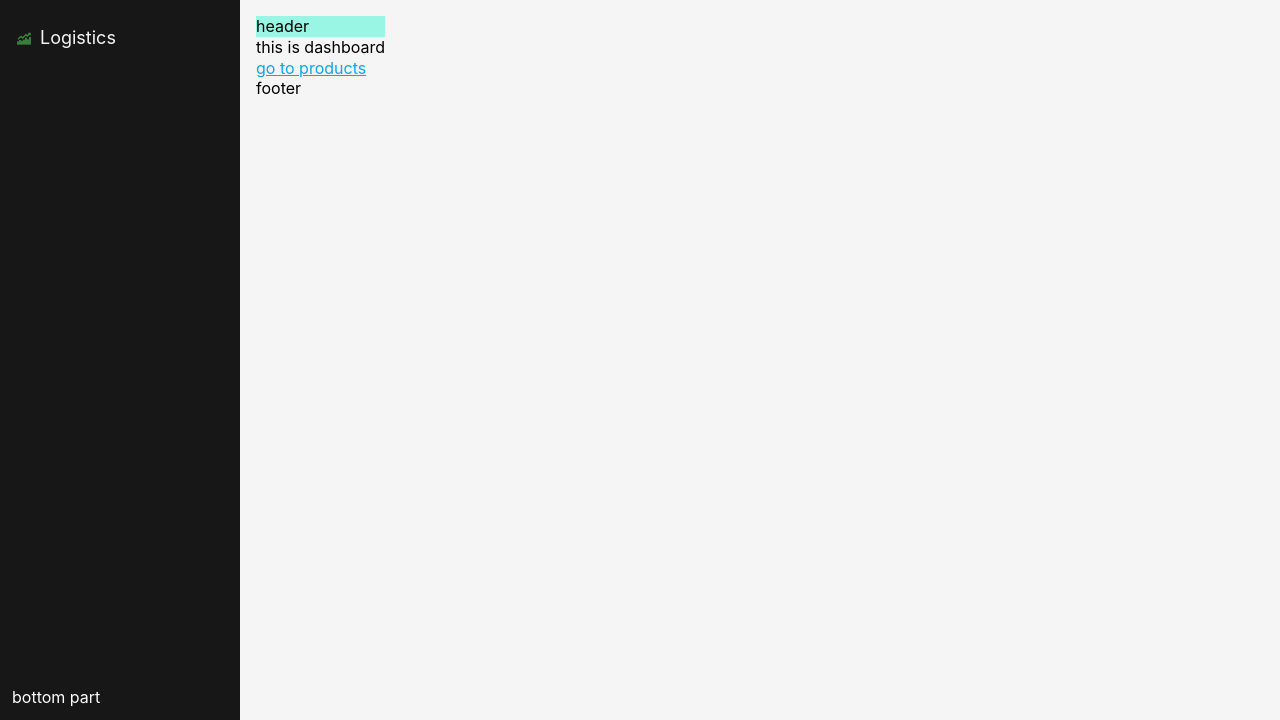
Repository: Mayar2222/Dashboard
Page: /
These files come from the project's save history. The page is drawn as it stood at one moment and after the next save; the edit follows.
The browser window is 1280 px wide. The pictures show the whole page.
The project was rebuilt for these pictures with package versions that can differ from the ones it lists, and the page was loaded fresh each time. Also part of the build but not shown: src/components/Products.jsx.

Above is the page before, as saved 2024-07-17 21:59:41.

### src/App.jsx
import { Route, BrowserRouter as Router, Routes } from "react-router-dom";
import Dashboard from "./components/Dashboard";
import Products from "./components/Products";
import Layout from "./components/shared/Layout";

function App() {
  return (
      <Router>
      <Routes>
        <Route path="/"  element={<Layout/>}>
          <Route index  element={<Dashboard/>}/>
          <Route path="products"  element={<Products/>}/>
          <Route path="login"  element={<div>this login page</div>}/>

        </Route>
      </Routes>
      </Router>
  );
}

export default App;

### src/index.css
@import url('https://fonts.googleapis.com/css2? family=Poppins:wght@400; 600;700&display=swap');


@tailwind base;
@tailwind components;
@tailwind utilities;

@layer base {
    html {
        font-family: 'Inter', sans-serif;
        line-height: 1.3;
    }
    table {
        /* Add any specific styles for the table here if needed */
    }
    th,
    td {
        @apply py-3 px-2.5 text-sm text-left border-y border-gray-200;
    }
    thead {
        @apply bg-neutral-100;
    }
    th {
        @apply font-semibold;
    }
    a {
        @apply text-sky-500 hover:underline;
    }
}

### src/components/Dashboard.jsx
import React from 'react'
import { Link } from 'react-router-dom'
function Dashboard() {
  return (
    <div>
      <p>this is dashboard</p>{''}<Link to="/products" className='underline'>go to products</Link>
    </div>
  )
}

export default Dashboard

### src/components/shared/Layout.jsx
import React from 'react'
import { Outlet } from 'react-router-dom'
import Sidebar from './Sidebar'
export default function Layout() {
  return (
    <div className='flex flex-row bg-neutral-100 h-screen w-screen overflow-hidden'>
<Sidebar/>
     <div className='p-4'>
      <div className='bg-teal-200'>header</div>
      <div>{<Outlet/>}</div>
      <p>footer</p>

      </div>


    </div>
  )
}

### src/components/shared/Sidebar.jsx
import React from 'react'
import { FcBullish } from 'react-icons/fc'
import { DASHBOARD_SIDEBAR_LINKS } from '../../lib/consts/navigation'
export default function Sidebar() {
  return (
    <div className='bg-neutral-900 w-60 p-3 flex flex-col text-white' >
        <div className='flex items-center gap-2 px-1 py-3'>
            <FcBullish/>
            <span className='text-neutral-100 text-lg'>Logistics</span>

        </div>
    <div className='flex-1'>{DASHBOARD_SIDEBAR_LINKS.map((item)=><div>{item.labe}</div>)}</div>
    <div>bottom part</div>


    </div>
  )
}

### src/lib/consts/navigation.jsx
import {
    HiOutlineAnnotation,
    HiOutlineCog,
    HiOutlineCube,
    HiOutlineDocumentText,
    HiOutlineQuestionMarkCircle,
    HiOutlineShoppingCart,
    HiOutlineUsers,
    HiOutlineViewGrid
} from 'react-icons/hi'

export const DASHBOARD_SIDEBAR_LINKS = [
	{
		key: 'dashboard',
		label: 'Dashboard',
		path: '/',
		icon: <HiOutlineViewGrid />
	},
	{
		key: 'products',
		label: 'Products',
		path: '/products',
		icon: <HiOutlineCube />
	},
	{
		key: 'orders',
		label: 'Orders',
		path: '/orders',
		icon: <HiOutlineShoppingCart />
	},
	{
		key: 'customers',
		label: 'Customers',
		path: '/customers',
		icon: <HiOutlineUsers />
	},
	{
		key: 'transactions',
		label: 'Transactions',
		path: '/transactions',
		icon: <HiOutlineDocumentText />
	},
	{
		key: 'messages',
		label: 'Messages',
		path: '/messages',
		icon: <HiOutlineAnnotation />
	}
]

export const DASHBOARD_SIDEBAR_BOTTOM_LINKS = [
	{
		key: 'settings',
		label: 'Settings',
		path: '/settings',
		icon: <HiOutlineCog />
	},
	{
		key: 'support',
		label: 'Help & Support',
		path: '/support',
		icon: <HiOutlineQuestionMarkCircle />
	}
]

Loaded but not shown: public/index.html (common file); src/index.js (common file); tailwind.config.js (common file)

After the next save:
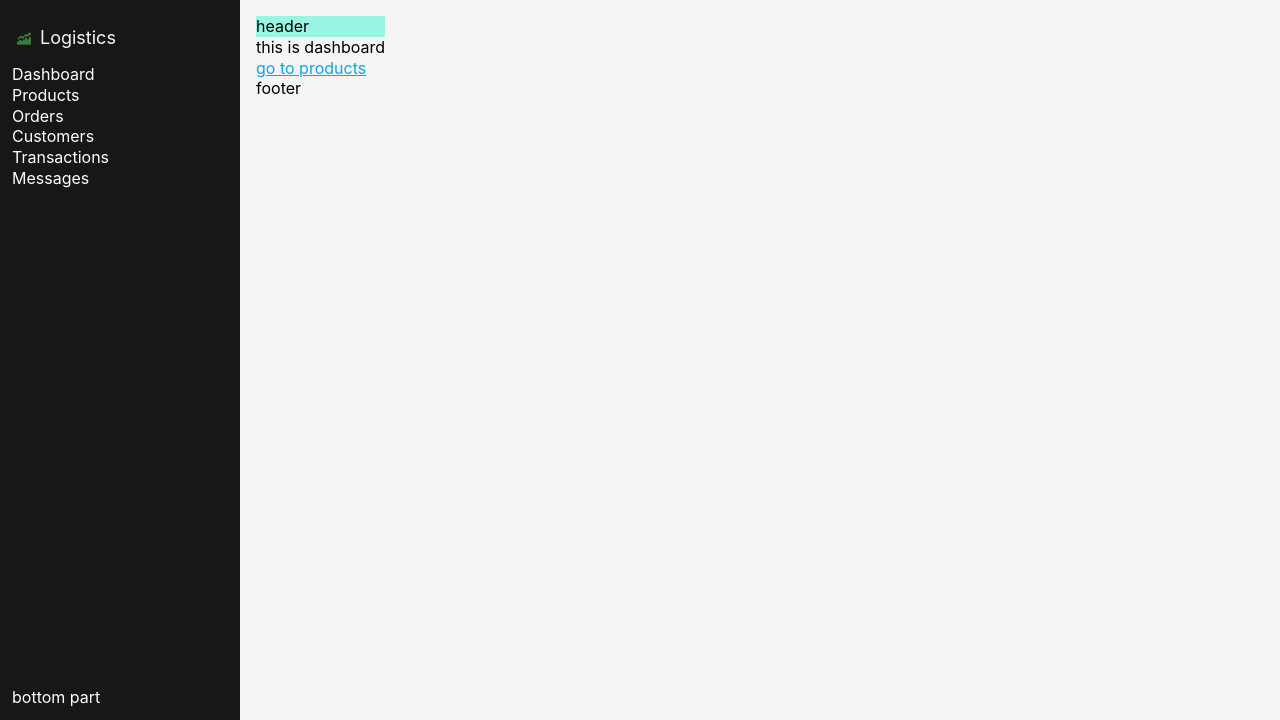
Saved 10 s later.
--- a/src/components/shared/Sidebar.jsx
+++ b/src/components/shared/Sidebar.jsx
@@ -9,7 +9,7 @@ export default function Sidebar() {
             <span className='text-neutral-100 text-lg'>Logistics</span>
 
         </div>
-    <div className='flex-1'>{DASHBOARD_SIDEBAR_LINKS.map((item)=><div>{item.labe}</div>)}</div>
+    <div className='flex-1'>{DASHBOARD_SIDEBAR_LINKS.map((item)=><div>{item.label}</div>)}</div>
     <div>bottom part</div>
 
 
